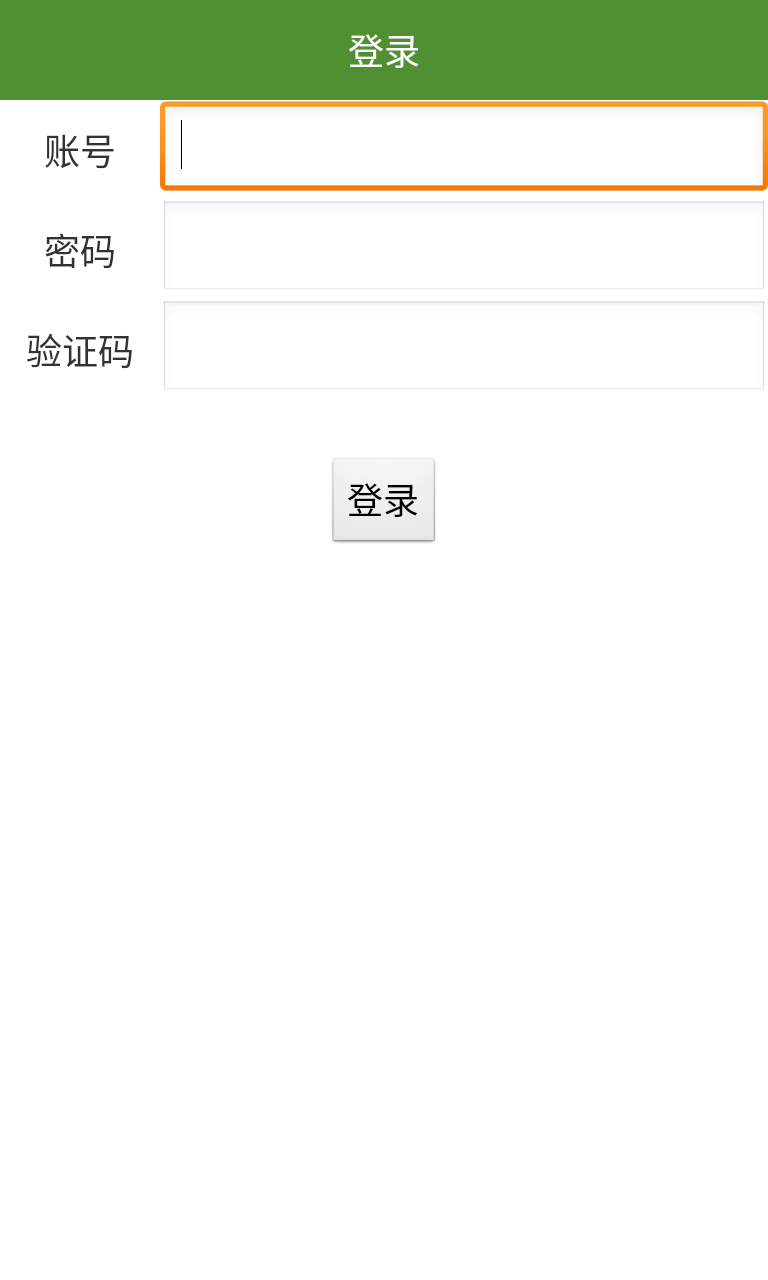
Repository: xuelang201201/Android
Layout: Android网络/android_day03_ems/res/layout/activity_login.xml
These files come from the project's save history. The layout is drawn as it stood at one moment and after the next save; the edit follows.
It is drawn on a 768 x 1280 px phone screen (xhdpi) without system bars, with theme android:Theme.Light.NoTitleBar; the app's code is not run.

Above is the layout before, as saved 2016-03-03 07:22:30.

### Android网络/android_day03_ems/res/layout/activity_login.xml
<RelativeLayout xmlns:android="http://schemas.android.com/apk/res/android"
    xmlns:tools="http://schemas.android.com/tools"
    android:layout_width="match_parent"
    android:layout_height="match_parent"
    tools:context=".AddEmpActivity" >

    <TextView
        android:id="@+id/tv_add_emp_title"
        android:layout_width="match_parent"
        android:layout_height="50dp"
        android:background="#519032"
        android:gravity="center"
        android:text="登录"
        android:textColor="#ffffff"
        android:textSize="18sp" />

    <TextView
        android:id="@+id/tv_login_emp_username"
        android:layout_width="80dp"
        android:layout_height="50dp"
        android:layout_alignParentLeft="true"
        android:layout_below="@+id/tv_add_emp_title"
        android:gravity="center"
        android:text="账号"
        android:textSize="18sp" />

    <EditText
        android:id="@+id/et_login_emp_username"
        android:layout_width="wrap_content"
        android:layout_height="wrap_content"
        android:layout_alignBottom="@+id/tv_login_emp_username"
        android:layout_alignParentRight="true"
        android:layout_below="@+id/tv_add_emp_title"
        android:layout_toRightOf="@+id/tv_login_emp_username"
        android:ems="10"
        android:inputType="textPersonName"
        android:singleLine="true" >

        <requestFocus />
    </EditText>

    <TextView
        android:id="@+id/tv_login_emp_pwd"
        android:layout_width="80dp"
        android:layout_height="50dp"
        android:layout_below="@+id/tv_login_emp_username"
        android:gravity="center"
        android:text="密码"
        android:textSize="18sp" />

    <TextView
        android:id="@+id/tv_login_emp_code"
        android:layout_width="80dp"
        android:layout_height="50dp"
        android:layout_below="@+id/tv_login_emp_pwd"
        android:layout_toLeftOf="@+id/et_login_emp_pwd"
        android:gravity="center"
        android:text="验证码"
        android:textSize="18sp" />

    <EditText
        android:id="@+id/et_login_emp_code"
        android:layout_width="wrap_content"
        android:layout_height="wrap_content"
        android:layout_alignBottom="@+id/tv_login_emp_code"
        android:layout_alignParentRight="true"
        android:layout_alignTop="@+id/tv_login_emp_code"
        android:layout_toRightOf="@+id/tv_login_emp_code"
        android:ems="10"
        android:inputType="numberDecimal"
        android:singleLine="true" />

    <EditText
        android:id="@+id/et_login_emp_pwd"
        android:layout_width="wrap_content"
        android:layout_height="wrap_content"
        android:layout_alignBottom="@+id/tv_login_emp_pwd"
        android:layout_alignParentRight="true"
        android:layout_alignTop="@+id/tv_login_emp_pwd"
        android:layout_toRightOf="@+id/tv_login_emp_pwd"
        android:ems="10"
        android:inputType="number"
        android:singleLine="true" />

    <RadioGroup
        android:id="@+id/rg_add_emp_gender"
        android:layout_width="wrap_content"
        android:layout_height="wrap_content"
        android:layout_below="@+id/tv_login_emp_code"
        android:layout_toRightOf="@+id/tv_login_emp_code"
        android:orientation="horizontal" >
    </RadioGroup>

    <Button
        android:id="@+id/btn_login_emp"
        android:layout_width="wrap_content"
        android:layout_height="wrap_content"
        android:layout_alignTop="@+id/rg_add_emp_gender"
        android:layout_centerHorizontal="true"
        android:layout_marginTop="28dp"
        android:onClick="doClick"
        android:text="登录"
        android:textSize="18sp" />

</RelativeLayout>

After the next save:
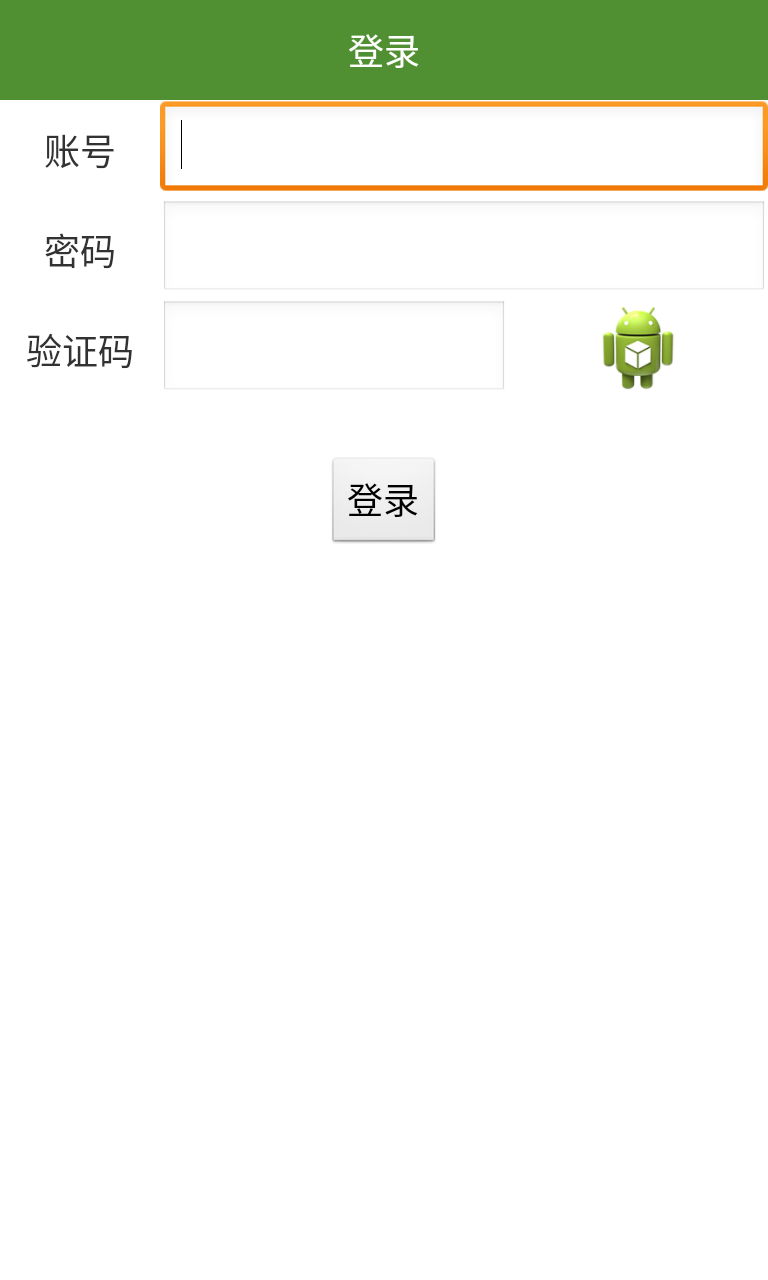
Saved 5 min 17 s later.
--- a/Android网络/android_day03_ems/res/layout/activity_login.xml
+++ b/Android网络/android_day03_ems/res/layout/activity_login.xml
@@ -63,8 +63,8 @@
         android:layout_width="wrap_content"
         android:layout_height="wrap_content"
         android:layout_alignBottom="@+id/tv_login_emp_code"
-        android:layout_alignParentRight="true"
         android:layout_alignTop="@+id/tv_login_emp_code"
+        android:layout_toLeftOf="@+id/imageView1"
         android:layout_toRightOf="@+id/tv_login_emp_code"
         android:ems="10"
         android:inputType="numberDecimal"
@@ -102,4 +102,12 @@
         android:text="登录"
         android:textSize="18sp" />
 
+    <ImageView
+        android:id="@+id/imageView1"
+        android:layout_width="130dp"
+        android:layout_height="wrap_content"
+        android:layout_alignParentRight="true"
+        android:layout_below="@+id/et_login_emp_pwd"
+        android:src="@drawable/ic_launcher" />
+
 </RelativeLayout>
